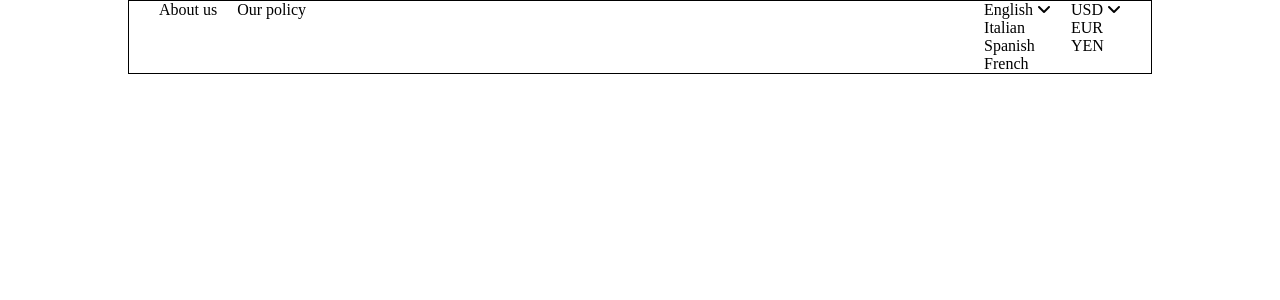
Repository: jacoporm1989/studioFlexbox
Page: FLEXBOX/header+navbar+hero+cards/index.html
An editor plug-in stored every save of this project. The page is shown before and after the next save, followed by the edit.
The browser window is 1280 px wide. The pictures show the whole page.

Above is the page before, as saved 2026-06-19 10:10:40.

### FLEXBOX/header+navbar+hero+cards/index.html
<!DOCTYPE html>
<html lang="en">

<head>
    <meta charset="UTF-8">
    <meta name="viewport" content="width=device-width, initial-scale=1.0">
    <link rel="stylesheet" href="style.css">
    <link rel="stylesheet" href="https://cdnjs.cloudflare.com/ajax/libs/font-awesome/6.7.2/css/all.min.css">
    <title>Document</title>
</head>

<body>

    <div class="container">

        <header>

            <div class="up-menu">
                <ul class="lato-sx">
                    <li>About us</li>
                    <li>Our policy</li>
                </ul>

                <ul class="lato-dx">

                    <li class="language">
                        <p>English <i class="fa-solid fa-angle-down"></i><i class="fa-solid fa-angle-up"></i></p>
                        <ul>
                            <li>Italian</li>
                            <li>Spanish</li>
                            <li>French</li>
                        </ul>
                    </li>

                    <li class="valuta">
                        <p>USD <i class="fa-solid fa-angle-down"></i><i class="fa-solid fa-angle-up"></i></p>
                        <ul>
                            <li>EUR</li>
                            <li>YEN</li>
                        </ul>
                    </li>
                </ul>

            </div>


            <nav>


            </nav>
        </header>


    </div>

</body>

</html>

### FLEXBOX/header+navbar+hero+cards/style.css
* {
    box-sizing: border-box;
    margin: 0;
}


.container {
    border: 1px solid black;
    width: 80%;
    margin: auto;
}



header {

    padding-left: 30px;
    padding-right: 30px;

}

.up-menu {
    display: flex;
    flex-direction: row;
    gap: 40px;
    justify-content:space-between;
}

.lato-destro .language ul,.lato-destro .valuta ul{
    display:none !important;
    position:absolute;
}



.lato-sx {
    display: flex;
    gap: 20px;

}

.lato-dx {
    display: flex;
    gap: 20px;

}

.lato-dx li:first-child:hover .fa-angle-down{
    display:none;
}

.lato-dx li:first-child:hover .fa-angle-up{
    display:inline !important;
}

.lato-dx li:last-child:hover .fa-angle-down{
    display:none;
}

.lato-dx li:last-child:hover .fa-angle-up{
    display:inline !important;
}

.fa-angle-up{
    display:none !important;
}

.lato-destro .language, .lato.destro .valuta{
    position: relative;
}




ul{
    list-style-type: none;
    margin:0;
    padding:0;
}

After the next save:
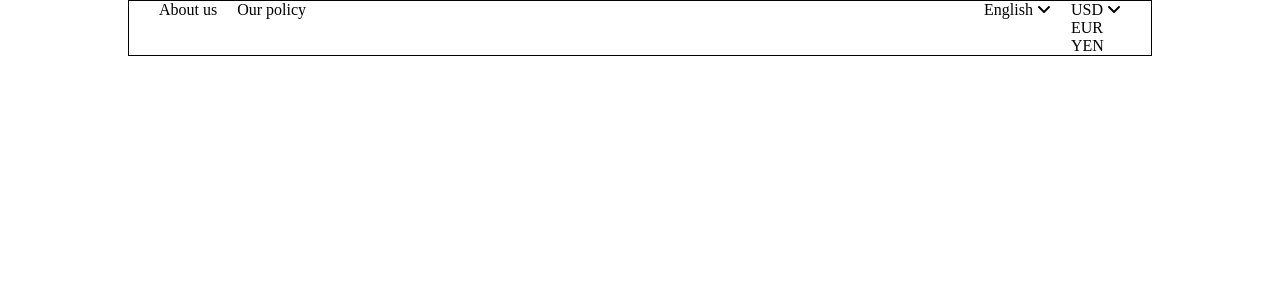
Saved 2 min 10 s later.
--- a/FLEXBOX/header+navbar+hero+cards/style.css
+++ b/FLEXBOX/header+navbar+hero+cards/style.css
@@ -26,7 +26,7 @@
     justify-content:space-between;
 }
 
-.lato-destro .language ul,.lato-destro .valuta ul{
+.lato-dx .language ul,.lato-destro .valuta ul{
     display:none !important;
     position:absolute;
 }
